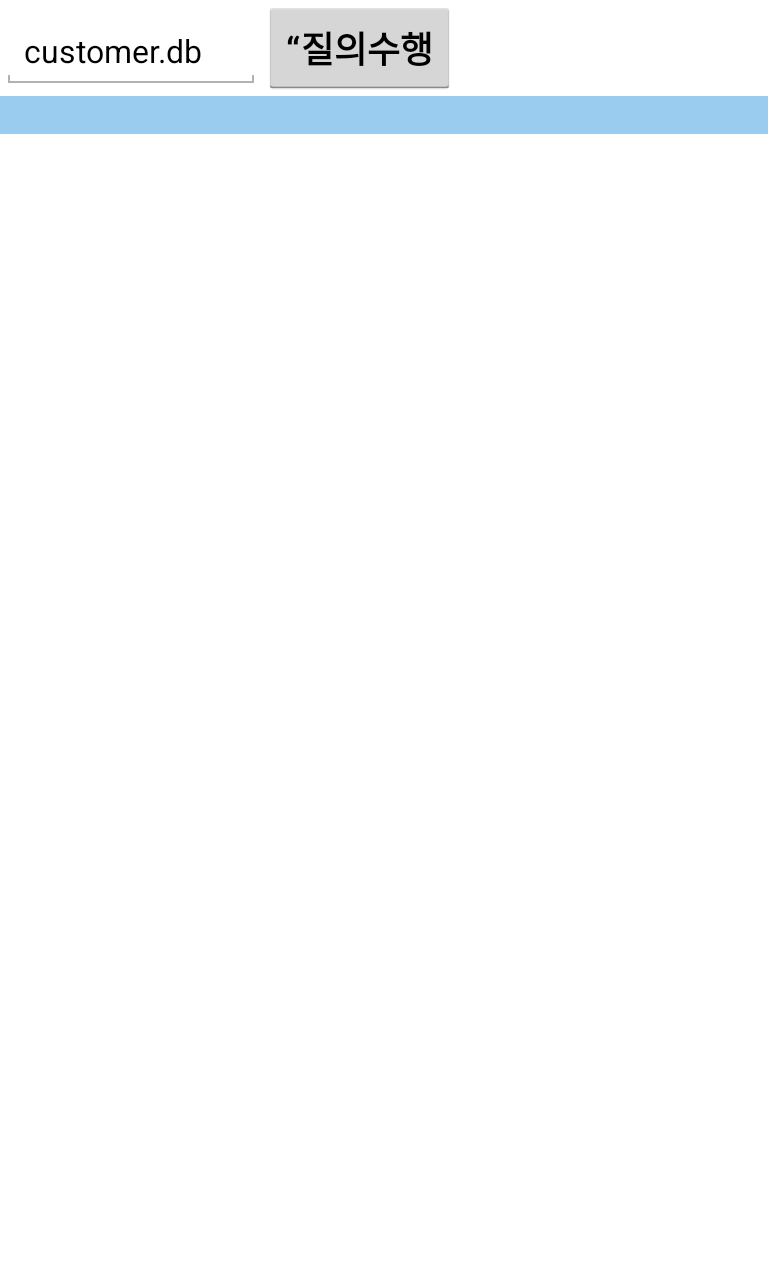
Repository: tae-jun/android
Layout: i1114_db_cursor/res/layout/activity_main.xml
An editor plug-in stored every save of this project. The layout is shown before and after the next save, followed by the edit.
It is drawn on a 768 x 1280 px phone screen (xhdpi) without system bars, with theme AppTheme; the app's code is not run.

Above is the layout before, as saved 2014-11-14 01:10:10.

After the next save:
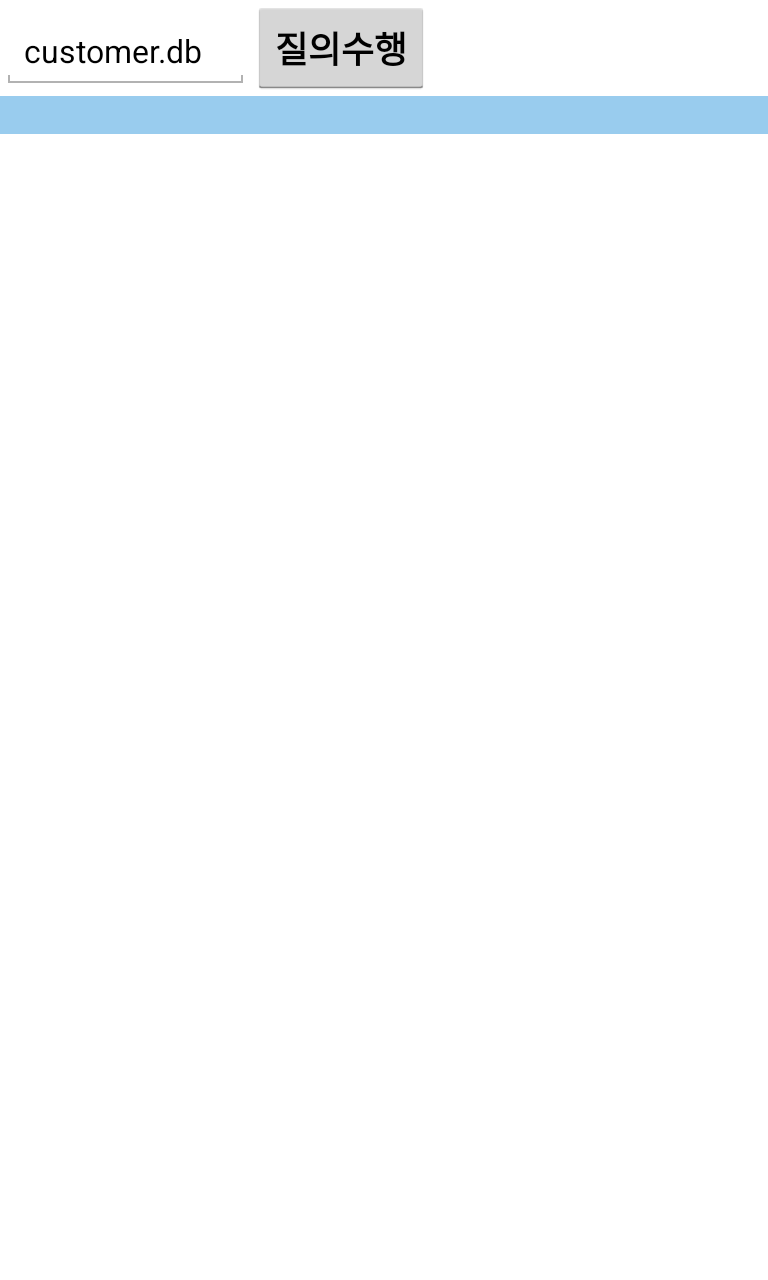
Saved 56 s later.
--- a/i1114_db_cursor/res/layout/activity_main.xml
+++ b/i1114_db_cursor/res/layout/activity_main.xml
@@ -13,7 +13,7 @@
             android:id="@+id/input01"
             android:layout_width="wrap_content"
             android:layout_height="wrap_content"
-            android:hint="“데이터베이스명"
+            android:hint="데이터베이스명"
             android:text="customer.db"
             android:textSize="16dp" >
         </EditText>
@@ -22,7 +22,7 @@
             android:id="@+id/queryBtn"
             android:layout_width="wrap_content"
             android:layout_height="wrap_content"
-            android:text="“질의수행"
+            android:text="질의수행"
             android:textStyle="bold" >
         </Button>
     </LinearLayout>
